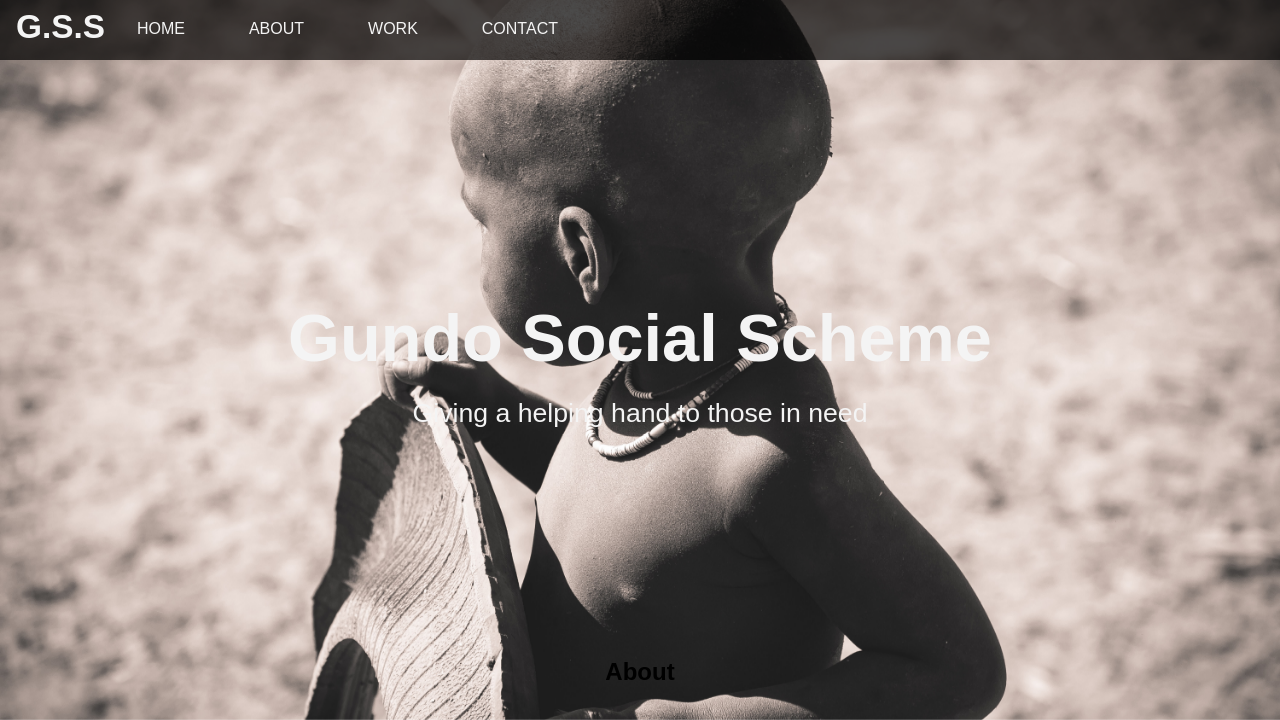
Repository: blessingNtoko/gss-basic_website
Page: index.html
These files come from the project's save history. The page is drawn as it stood at one moment and after the next save; the edit follows.
The browser window is 1280 px wide. The pictures show the whole page.
An inner scrolling area shows only its first screen.

Above is the page before, as saved 2020-05-13 18:06:23.

### index.html
<!DOCTYPE html>
<html lang="en">

<head>
    <meta charset="UTF-8">
    <meta name="viewport" content="width=device-width, initial-scale=1.0">
    <title>Gundo Social Scheme</title>
    <link rel="stylesheet" href="style.css">
</head>

<body>
    <div class="allContain">
        <nav class="navbar">
            <h1><a href="#home">G.S.S</a></h1>
            <ul>
                <li>
                    <a href="#home">Home</a>
                </li>
                <li>
                    <a href="#about">About</a>
                </li>
                <li>
                    <a href="#work">Work</a>
                </li>
                <li>
                    <a href="#contact">Contact</a>
                </li>
            </ul>
        </nav>

        <section id="home">
            <h1>Gundo Social Scheme</h1>
            <p>Giving a helping hand to those in need</p>

        </section>

        <section id="about">
            <div class="container">
                <h1>About</h1>
                <div class="row">
                    <div class="col">
                        <img src="assets/images/temp1.jpg" alt="About image">
                    </div>
                    <div class="col">
                        <p>
                            Lorem ipsum dolor sit amet consectetur adipisicing elit. Dolore quia, nisi provident aperiam excepturi quas officiis, quam ipsa molestiae nostrum magni. Sed at maiores placeat rerum deserunt ea perspiciatis modi omnis inventore maxime sunt ratione quos
                            nihil quidem nam suscipit sint, mollitia et odit. Repellat tempore nemo mollitia, quasi dolorum optio vel voluptates hic sunt. Soluta ea voluptatibus provident quasi, consectetur incidunt quas quia. Tenetur tempora iure adipisci
                            voluptatum velit quia voluptatibus, soluta iste fugit sequi, repellendus placeat nostrum minus modi ipsum, corporis exercitationem doloribus voluptatem distinctio cumque mollitia debitis consequatur sit. Reprehenderit animi
                            natus, facilis voluptas fugiat excepturi illum.
                        </p>
                    </div>
                </div>
                <div class="row">
                    <div class="col">
                        <p>
                            Lorem ipsum dolor sit amet consectetur adipisicing elit. Consequatur eveniet, dignissimos est fugit harum provident nobis corrupti architecto ipsam culpa quibusdam quidem reprehenderit. Neque eum reprehenderit ut illo sed mollitia odit cupiditate vel
                            perspiciatis, provident ab non, earum error tenetur quia, at minus nemo adipisci quo? Velit atque aspernatur saepe quia quibusdam a ad laboriosam sit temporibus, sint neque rerum nemo nam assumenda ea omnis harum molestiae,
                            itaque rem? Animi incidunt assumenda aspernatur impedit corrupti saepe possimus aperiam neque dolor minus! Corporis odit nostrum sequi beatae enim voluptas, vitae reiciendis nulla fuga quod, tempore, non explicabo rerum praesentium
                            eligendi rem.
                        </p>
                    </div>
                    <div class="col">
                        <img src="assets/images/temp2.jpg" alt="About image">
                    </div>
                </div>
            </div>
        </section>

        <div class="fixedScroll fixedScroll1">
            <div class="fixedText">
                <span class="border trans">
                    Image Two text
                </span>
            </div>
        </div>

        <section id="work">
            <div class="container">
                <h1>Work</h1>
                <div class="row">
                    <div class="col">
                        <img src="assets/images/workImages/work1.jpeg" alt="">
                    </div>
                    <div class="col">
                        <img src="assets/images/workImages/work2.jpeg" alt="">

                    </div>
                    <div class="col">
                        <img src="assets/images/workImages/work3.jpeg" alt="">

                    </div>

                    <div class="col">
                        <img src="assets/images/workImages/work4.jpeg" alt="">

                    </div>
                    <div class="col">
                        <img src="assets/images/workImages/work5.jpeg" alt="">

                    </div>
                    <div class="col">
                        <img src="assets/images/workImages/work6.jpeg" alt="">

                    </div>
                    <div class="col">
                        <img src="assets/images/workImages/work7.jpeg" alt="">

                    </div>
                    <div class="col">
                        <img src="assets/images/workImages/work8.jpeg" alt="">

                    </div>
                    <div class="col">
                        <img src="assets/images/workImages/work9.jpeg" alt="">

                    </div>
                    <div class="col">
                        <img src="assets/images/workImages/work10.jpeg" alt="">

                    </div>
                </div>
            </div>
        </section>

        <div class="fixedScroll fixedScroll2">
            <div class="fixedText">
                <span class="border trans">
                    Image Two text
                </span>
            </div>
        </div>

        <section id="contact">
            <div class="container">
                <h1>Contact</h1>
                <div class="row">
                    <div class="col">
                        <img src="" alt="">
                    </div>
                    <div class="col">

                    </div>
                    <div class="col">

                    </div>
                </div>
            </div>
            <footer>

            </footer>
        </section>
    </div>

</body>

</html>

### style.css
* {
    margin: 0;
    padding: 0;
}

body {
    font-family: Arial, Helvetica, sans-serif;
    line-height: 1.6;
    height: 100vh;
    overflow: hidden;
}

.allContain {
    width: 100%;
    height: 100%;
    /* CSS smooth scroll properties */
    overflow-y: scroll;
    scroll-behavior: smooth;
    scroll-snap-type: y mandatory;
}

.navbar {
    position: fixed;
    top: 0;
    z-index: 1;
    display: flex;
    justify-content: space-between;
    width: 100%;
    height: 60px;
    background: rgba(0, 0, 0, 0.7);
}

.navbar h1 {
    color: white;
    font-size: 25pt;
    margin-left: 1rem;
}

.navbar h1 a {
    text-decoration: none;
    text-transform: uppercase;
    color: #f4f4f4;
}

.navbar h1 a:hover {
    color: rgb(63, 63, 196);
}

.navbar ul {
    display: flex;
    list-style: none;
    width: 100%;
    /* justify-content: space-evenly; */
}

.navbar ul li {
    margin: 0 1rem;
    padding: 1rem;
}

.navbar ul li a {
    text-decoration: none;
    text-transform: uppercase;
    color: #f4f4f4;
}

.navbar ul li a:hover {
    color: rgb(63, 63, 196);
}

section {
    display: flex;
    flex-direction: column;
    align-items: center;
    justify-content: center;
    text-align: center;
    width: 100%;
    height: 100vh;
    scroll-snap-align: center;
}

#home {
    background-image: url(assets/images/tempy4.jpg);
    background-position: center;
    background-repeat: no-repeat;
    background-size: cover;
    background-attachment: fixed;
    color: #f4f4f4;
}

#home h1 {
    font-size: 50pt;
}

#home p {
    font-size: 20pt;
}

#about {
    margin-top: 3rem;
}

#about img {
    text-align: center;
    width: 35rem;
    height: 25rem;
}

.fixedScroll {
    position: relative;
    opacity: 0.7;
    background-position: center;
    background-size: cover;
    background-repeat: no-repeat;
    background-attachment: fixed;
}

.fixedScroll1 {
    background-image: url(assets/images/tempy5.jpg);
    min-height: 400px;
}

.fixedScroll2 {
    background-image: url(assets/images/tempy6.jpg);
    min-height: 400px;
}

#about .row {
    display: flex;
    flex-direction: row;
    justify-content: center;
    margin-top: 3rem;
}

#work .row {
    display: flex;
    flex-direction: row;
    flex-wrap: wrap;
    justify-content: space-evenly;
    align-items: center;
}

#work .row img {
    width: 20rem;
    height: 25rem;
    line-height: 1rem;
}

After the next save:
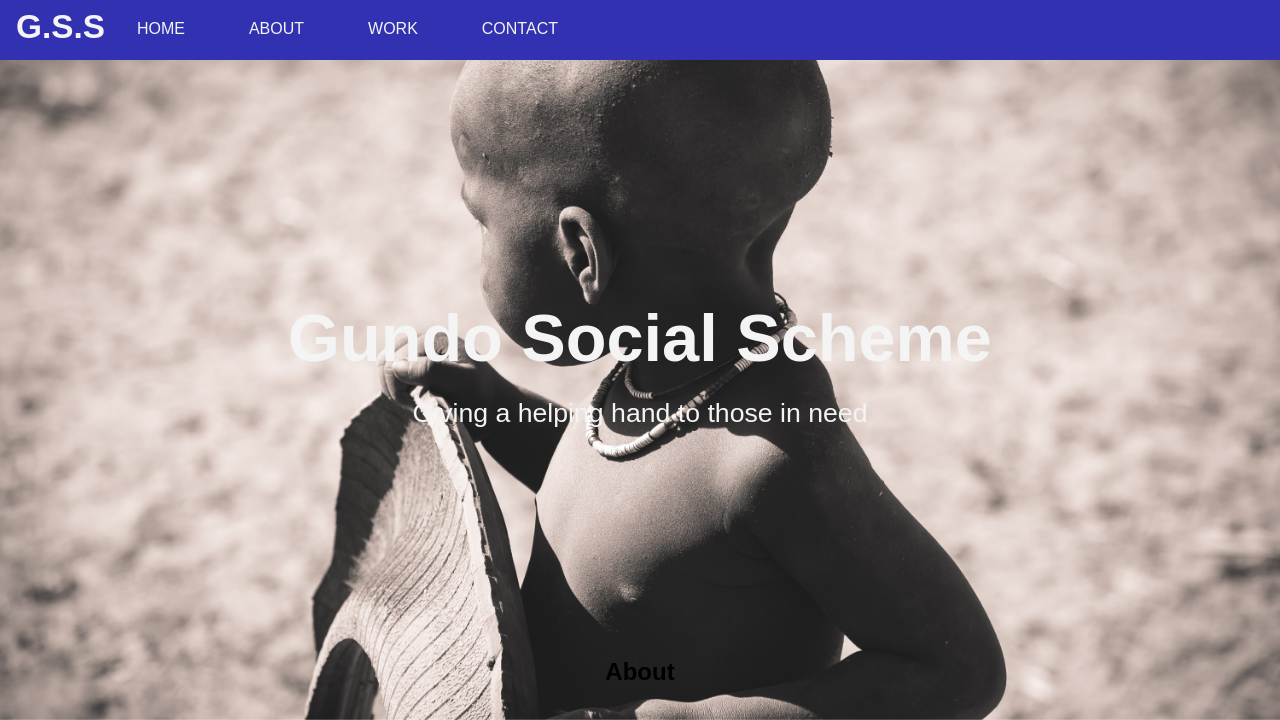
Saved 2 min 29 s later.
--- a/style.css
+++ b/style.css
@@ -27,7 +27,7 @@ body {
     justify-content: space-between;
     width: 100%;
     height: 60px;
-    background: rgba(0, 0, 0, 0.7);
+    background: rgb(49, 49, 177);
 }
 
 .navbar h1 {
